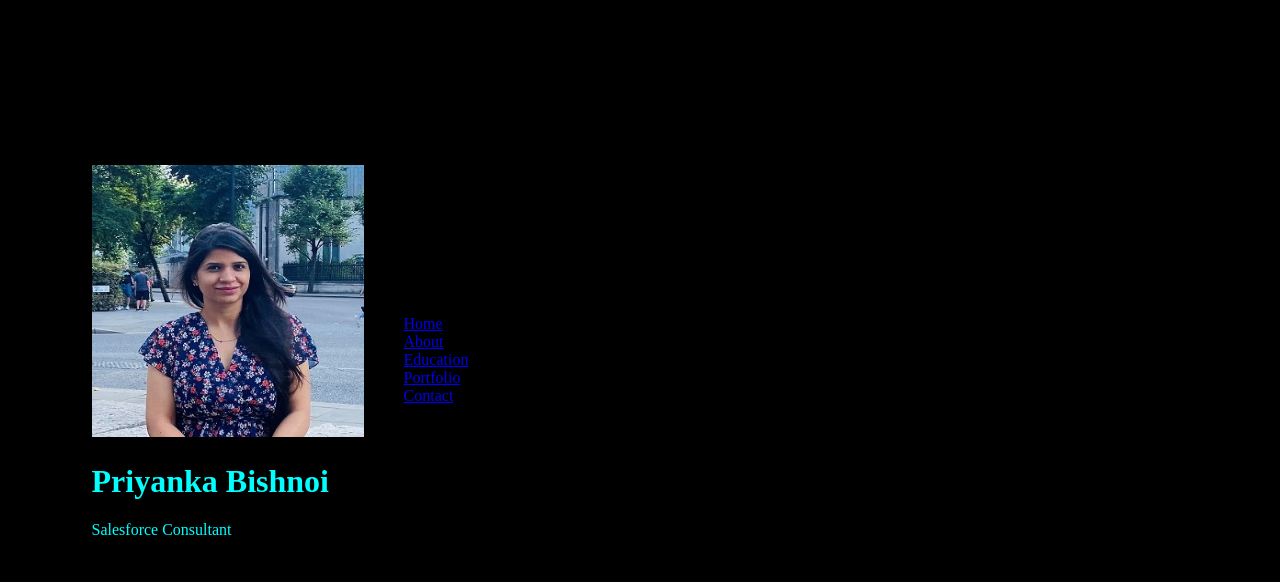
Repository: priyanka-bishnoi/PortfolioPage
Page: MyPage.html
The author's editor kept a copy of each file at every save. The page is drawn from the files as they stood at one save, then again after the next save.
The browser window is 1280 px wide. The pictures show the whole page.

Above is the page before, as saved 2022-10-07 00:23:04.

### MyPage.html
<!DOCTYPE html>
<html>
<head>
    <link rel="stylesheet" href="css/style.css">
<style>
body {
  background-color: black;
}
</style>
</head>
<body>
<header>
    <div class= "user">
        <img src="Background1.jpg"/>
        <h1 class="name" style="color:aqua">Priyanka Bishnoi</h1>
        <p class="post" style="color:aqua">Salesforce Consultant</p>
    </div>

    <nav class="navBar">
        <ul>
            <li> <a href="#home">Home</a></li>
            <li> <a href="#about">About</a></li>
            <li> <a href="#education">Education</a></li>
            <li> <a href="#portfolio">Portfolio</a></li>
            <li> <a href="#contact">Contact</a></li>

        </ul>


    </nav>


</header>
</body>
</html>

### css/style.css
header {
    position:fixed;
    top:0; left:0;
    z-index:1000;
    height:100%;
    width:35rem;
    background:black;
    display:flex;
    align-items:center;
    justify-content: center;
}
body{
    background: #111;
}
header .user img{
    height:17rem;
    width:17rem;
}

After the next save:
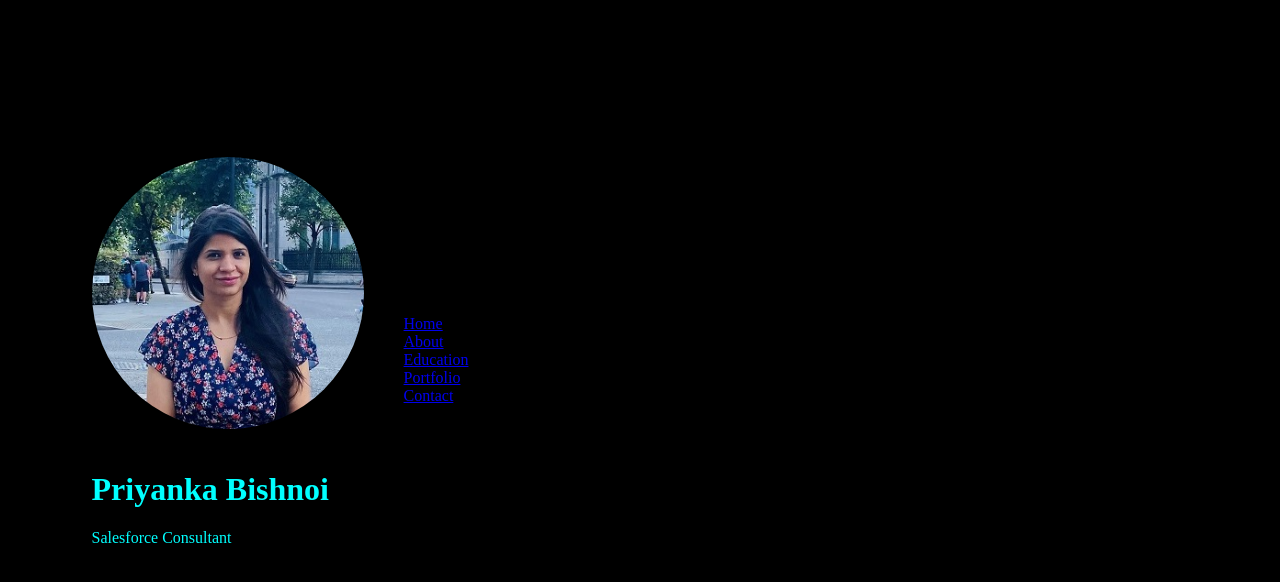
Saved 2 min 59 s later.
--- a/css/style.css
+++ b/css/style.css
@@ -12,7 +12,11 @@ header {
 body{
     background: #111;
 }
-header .user img{
-    height:17rem;
-    width:17rem;
+header .user img {
+    height: 17rem;
+    width: 17rem;
+    border-radius: 50%;
+    object-fit: cover;
+    margin-bottom: 1rem;
+    border: 0.7rem solid var(--yellow);
 }
